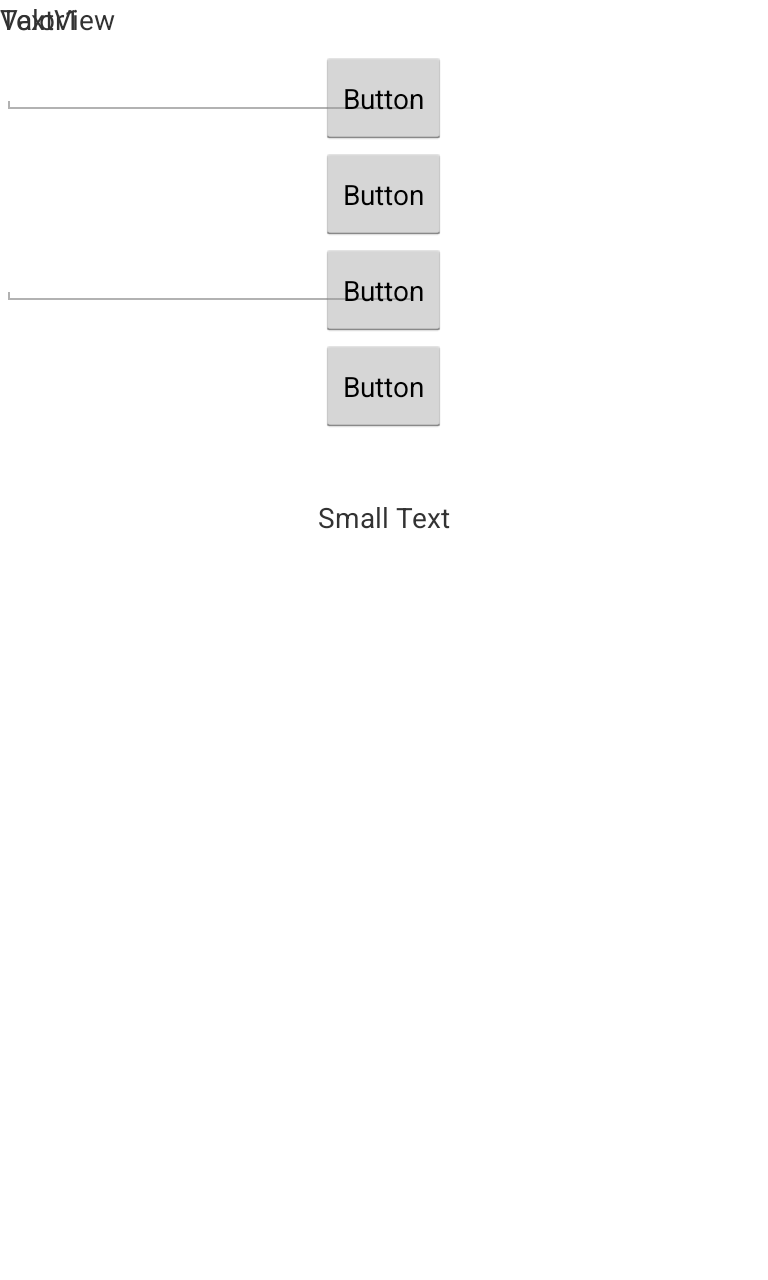
Repository: Rennanxp2/Android_Exercices_done
Layout: Exercícios Android/Ex2/res/layout/activity_calculadora.xml
The author's editor kept a copy of each file at every save. The layout is drawn from the files as they stood at one save, then again after the next save.
It is drawn on a 768 x 1280 px phone screen (xhdpi) without system bars, with theme AppTheme; the app's code is not run.

Above is the layout before, as saved 2017-09-09 02:14:10.

After the next save:
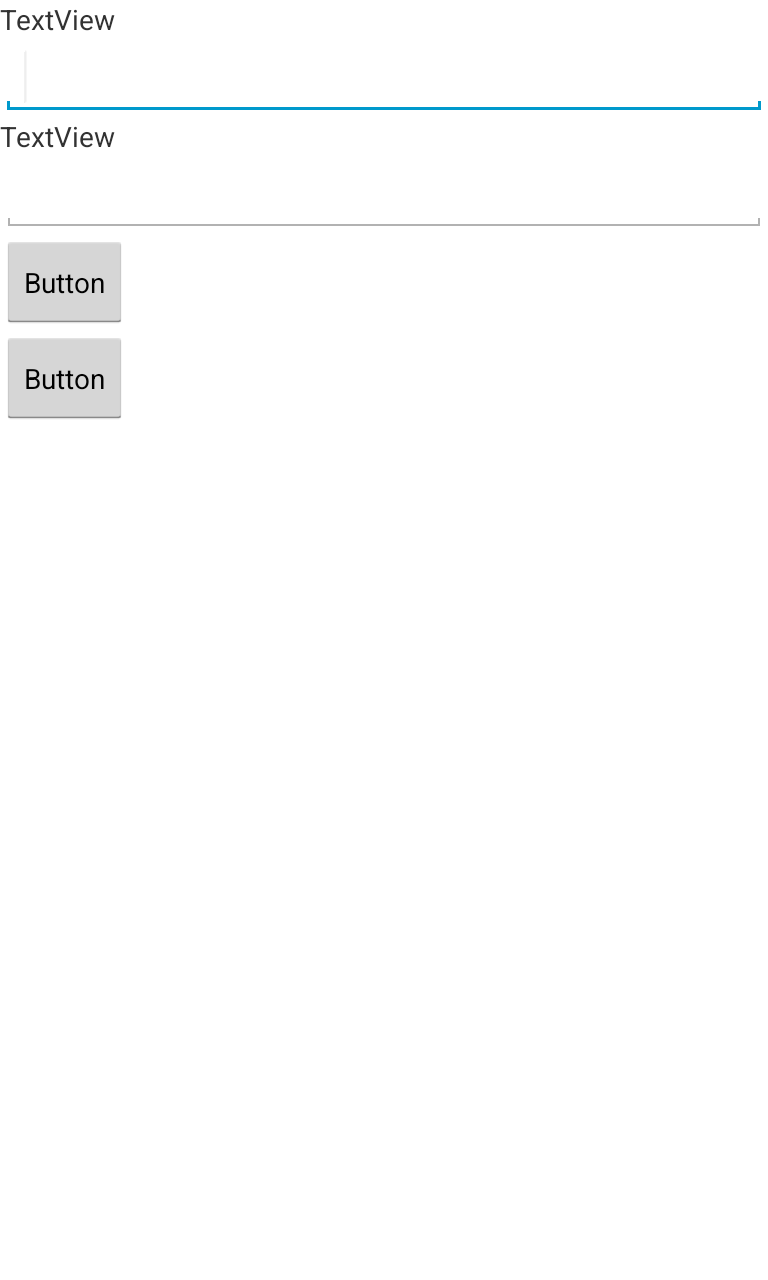
Saved 4 min 18 s later.
--- a/Exercícios Android/Ex2/res/layout/activity_calculadora.xml
+++ b/Exercícios Android/Ex2/res/layout/activity_calculadora.xml
@@ -1,60 +1,43 @@
-<RelativeLayout xmlns:android="http://schemas.android.com/apk/res/android"
+<LinearLayout xmlns:android="http://schemas.android.com/apk/res/android"
     xmlns:tools="http://schemas.android.com/tools"
+    android:id="@+id/LinearLayout1"
     android:layout_width="match_parent"
     android:layout_height="match_parent"
+    android:orientation="vertical"
     tools:context="${relativePackage}.${activityClass}" >
 
     <TextView
-        android:id="@+id/lblValor1"
+        android:id="@+id/textView1"
         android:layout_width="wrap_content"
         android:layout_height="wrap_content"
-        android:layout_alignParentLeft="true"
-        android:layout_alignParentTop="true"
-        android:text="Valor1" />
+        android:text="TextView" />
 
     <EditText
-        android:id="@+id/txtValor1"
-        android:layout_width="wrap_content"
+        android:id="@+id/editText1"
+        android:layout_width="match_parent"
         android:layout_height="wrap_content"
-        android:layout_alignParentLeft="true"
-        android:layout_below="@+id/editValor1"
-        android:layout_marginTop="56dp"
-        android:ems="10" />
+        android:ems="10" >
 
-    <EditText
-        android:id="@+id/editValor1"
-        android:layout_width="wrap_content"
-        android:layout_height="wrap_content"
-        android:layout_alignParentLeft="true"
-        android:layout_below="@+id/lblValor1"
-        android:ems="10" />
+        <requestFocus />
+    </EditText>
 
     <TextView
         android:id="@+id/textView2"
         android:layout_width="wrap_content"
         android:layout_height="wrap_content"
-        android:layout_alignBottom="@+id/editText2"
-        android:layout_alignParentLeft="true"
-        android:layout_marginBottom="32dp"
         android:text="TextView" />
+
+    <EditText
+        android:id="@+id/editText2"
+        android:layout_width="match_parent"
+        android:layout_height="wrap_content"
+        android:ems="10" />
 
     <Button
         android:id="@+id/button2"
         style="?android:attr/buttonStyleSmall"
         android:layout_width="wrap_content"
         android:layout_height="wrap_content"
-        android:layout_below="@+id/button3"
-        android:layout_centerHorizontal="true"
-        android:text="Button" />
-
-    <Button
-        android:id="@+id/button3"
-        style="?android:attr/buttonStyleSmall"
-        android:layout_width="wrap_content"
-        android:layout_height="wrap_content"
-        android:layout_alignLeft="@+id/button2"
-        android:layout_below="@+id/editText2"
-        android:layout_marginTop="25dp"
         android:text="Button" />
 
     <Button
@@ -62,27 +45,7 @@
         style="?android:attr/buttonStyleSmall"
         android:layout_width="wrap_content"
         android:layout_height="wrap_content"
-        android:layout_alignLeft="@+id/button2"
-        android:layout_below="@+id/button2"
+        android:layout_toRightOf="@+id/button2"
         android:text="Button" />
 
-    <Button
-        android:id="@+id/button4"
-        style="?android:attr/buttonStyleSmall"
-        android:layout_width="wrap_content"
-        android:layout_height="wrap_content"
-        android:layout_alignLeft="@+id/button1"
-        android:layout_below="@+id/button1"
-        android:text="Button" />
-
-    <TextView
-        android:id="@+id/textView3"
-        android:layout_width="wrap_content"
-        android:layout_height="wrap_content"
-        android:layout_below="@+id/button4"
-        android:layout_centerHorizontal="true"
-        android:layout_marginTop="32dp"
-        android:text="Small Text"
-        android:textAppearance="?android:attr/textAppearanceSmall" />
-
-</RelativeLayout>
+</LinearLayout>
